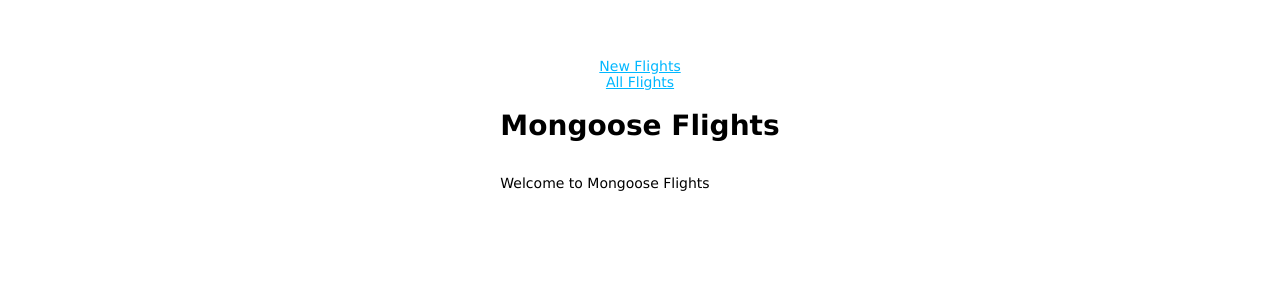
Repository: jmendoza13/mongoose-flights
Page: http://localhost/
The author's editor kept a copy of each file at every save. The page is drawn from the files as they stood at one save, then again after the next save.
The browser window is 1280 px wide. The pictures show the whole page.
The page is served by the project's Node server (server.js). Other server files are loaded and not shown.

Above is the page before, as saved 2022-07-18 15:58:33.

### views/index.ejs
<%- include('./partials/header') %>

   <h1><%= title %></h1>
    <p>Welcome to <%= title %></p>

    <%- include('./partials/footer') %>

### views/Partials/header.ejs
<!DOCTYPE html>
<html lang="en">

<head>
    <meta charset="UTF-8">
    <meta http-equiv="X-UA-Compatible" content="IE=edge">
    <meta name="viewport" content="width=device-width, initial-scale=1.0">
    <link rel='stylesheet' href='/stylesheets/style.css' />
    <title>Flights</title>
</head>

<body>
    <nav>
        <a href="/flights/new">New Flights</a>
        <a href="/flights">All Flights</a>
    </nav>

### server.js
var createError = require('http-errors');
var express = require('express');
var path = require('path');
var cookieParser = require('cookie-parser');
var logger = require('morgan');
require('dotenv').config();

require('./config/database');
var indexRouter = require('./routes/index');
var flightsRouter = require('./routes/flights');

var app = express();

// view engine setup
app.set('views', path.join(__dirname, 'views'));
app.set('view engine', 'ejs');

app.use(logger('dev'));
app.use(express.json());
app.use(express.urlencoded({ extended: false }));
app.use(cookieParser());
app.use(express.static(path.join(__dirname, 'public')));

app.use('/', indexRouter);
app.use('/flights', flightsRouter);

// catch 404 and forward to error handler
app.use(function(req, res, next) {
  next(createError(404));
});

// error handler
app.use(function(err, req, res, next) {
  // set locals, only providing error in development
  res.locals.message = err.message;
  res.locals.error = req.app.get('env') === 'development' ? err : {};

  // render the error page
  res.status(err.status || 500);
  res.render('error');
});

module.exports = app;

### routes/index.js
var express = require('express');
var router = express.Router();

/* GET home page. */
router.get('/', function(req, res, next) {
  res.render('index', { title: 'Mongoose Flights' });
});

module.exports = router;

### public/stylesheets/style.css
body {
  padding: 50px;
  font: 14px "Lucida Grande", Helvetica, Arial, sans-serif;
  display: grid;
  justify-content: center;
  grid-template-areas:
    "nav"
    "main"

}

a {
  color: #00B7FF;
  display: grid;
  justify-content: center;
}

Loaded but not shown: views/Partials/footer.ejs (common file)

After the next save:
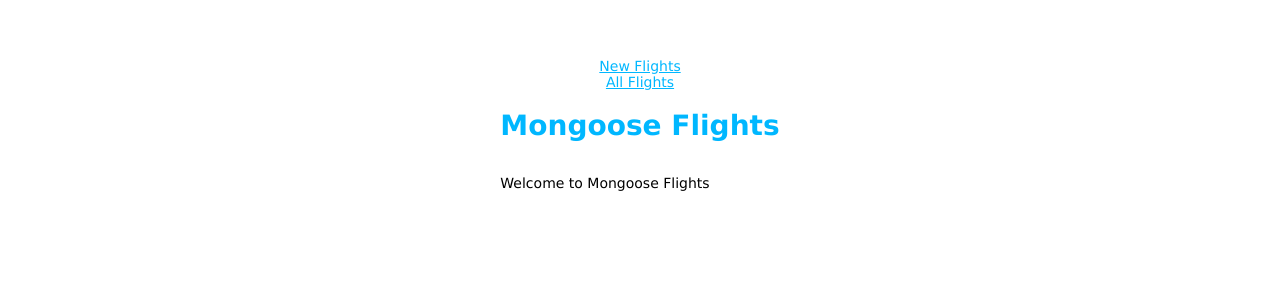
Saved 12 s later.
--- a/public/stylesheets/style.css
+++ b/public/stylesheets/style.css
@@ -9,7 +9,7 @@ body {
 
 }
 
-a {
+a,h1 {
   color: #00B7FF;
   display: grid;
   justify-content: center;
